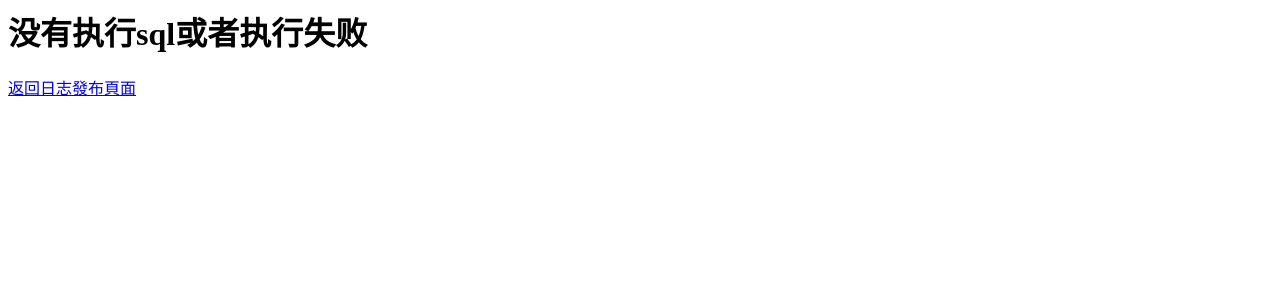
Repository: SUT-GC/myblog
Page: http://localhost/myblog/AdminDo
The author's editor kept a copy of each file at every save. The page is drawn from the files as they stood at one save, then again after the next save.
The browser window is 1280 px wide. The pictures show the whole page.
The page is served by Tomcat 9. Other server files are loaded and not shown.

Above is the page before, as saved 2015-09-30 11:32:23.

### javaee_workspace/myblog/src/servlet/AdminDo.java
package servlet;

import java.io.IOException;
import java.io.PrintWriter;

import javax.servlet.ServletException;
import javax.servlet.annotation.WebServlet;
import javax.servlet.http.HttpServlet;
import javax.servlet.http.HttpServletRequest;
import javax.servlet.http.HttpServletResponse;

import Encryption.Base64;
import dao.AdminDao;
import empty.Admin;

/**
 * Servlet implementation class AdminDo
 */
@WebServlet(name="adminDo", urlPatterns={"/AdminDo"})
public class AdminDo extends HttpServlet {
	private static final long serialVersionUID = 1L;

    /**
     * @see HttpServlet#HttpServlet()
     */
    public AdminDo() {
        super();
        // TODO Auto-generated constructor stub
    }

	/**
	 * @see HttpServlet#doGet(HttpServletRequest request, HttpServletResponse response)
	 */
	protected void doGet(HttpServletRequest request, HttpServletResponse response) throws ServletException, IOException {
		doPost(request, response);
	}

	/**
	 * @see HttpServlet#doPost(HttpServletRequest request, HttpServletResponse response)
	 */
	protected void doPost(HttpServletRequest request, HttpServletResponse response) throws ServletException, IOException {
		// 将requelt和response转码为utf-8
	    request.setCharacterEncoding("utf-8");
		response.setCharacterEncoding("utf-8");
		//创建页面输出对象
		response.setContentType("text/html;charset=utf-8");
		PrintWriter out = response.getWriter();

		/*
		 * result1 :执行deleteAdminByID 所得的返回值
		 * -1:没有执行sql或者执行失败 0:执行sql且记录更新0条 1:更新成功
		 * result2 :执行updateAdminByID 所得的返回值
		 * -1:没有执行sql或者执行失败 0:执行sql且记录更新0条 1:更新成功
		 */
		int result1 = -1;
		int result2 = -1;

		if(request.getParameter("do") != null && request.getParameter("do").equals("delete") && request.getParameter("deleteid") != null ){
			int deleteid = Integer.parseInt(request.getParameter("deleteid"));
			result1 = AdminDao.deleteAdminByID(deleteid);
		}

		if(request.getParameter("new_admin_id")!=null && request.getParameter("new_admin_username")!=null && request.getParameter("new_admin_password")!=null){
			Admin admin = new Admin();
			admin.setAdmin_id(Integer.parseInt(request.getParameter("new_admin_id")));
			admin.setAdmin_username(request.getParameter("new_admin_username"));
			admin.setAdmin_password(Base64.base64Encoder(request.getParameter("new_admin_id")));
			result2 = AdminDao.updateAdminByID(admin);
		}

		if(result1 == -1){
			out.println("<h1>没有执行sql或者执行失败</h1>");
		    out.println("<a href=\"javascript:history.go(-1)\">返回日志發布頁面</a>");
		}
	}

}

After the next save:
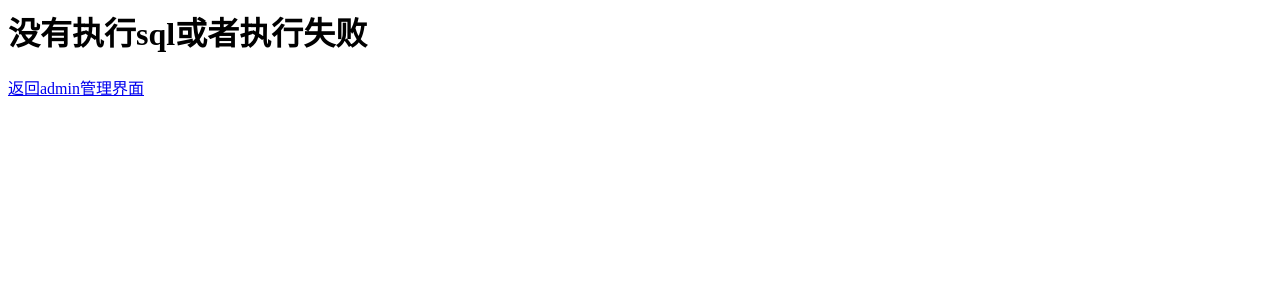
Saved 113 s later.
--- a/javaee_workspace/myblog/src/servlet/AdminDo.java
+++ b/javaee_workspace/myblog/src/servlet/AdminDo.java
@@ -70,7 +70,7 @@ public class AdminDo extends HttpServlet {
 
 		if(result1 == -1){
 			out.println("<h1>没有执行sql或者执行失败</h1>");
-		    out.println("<a href=\"javascript:history.go(-1)\">返回日志發布頁面</a>");
+		    out.println("<a href=\"javascript:history.go(-1)\">返回admin管理界面</a>");
 		}
 	}
 
